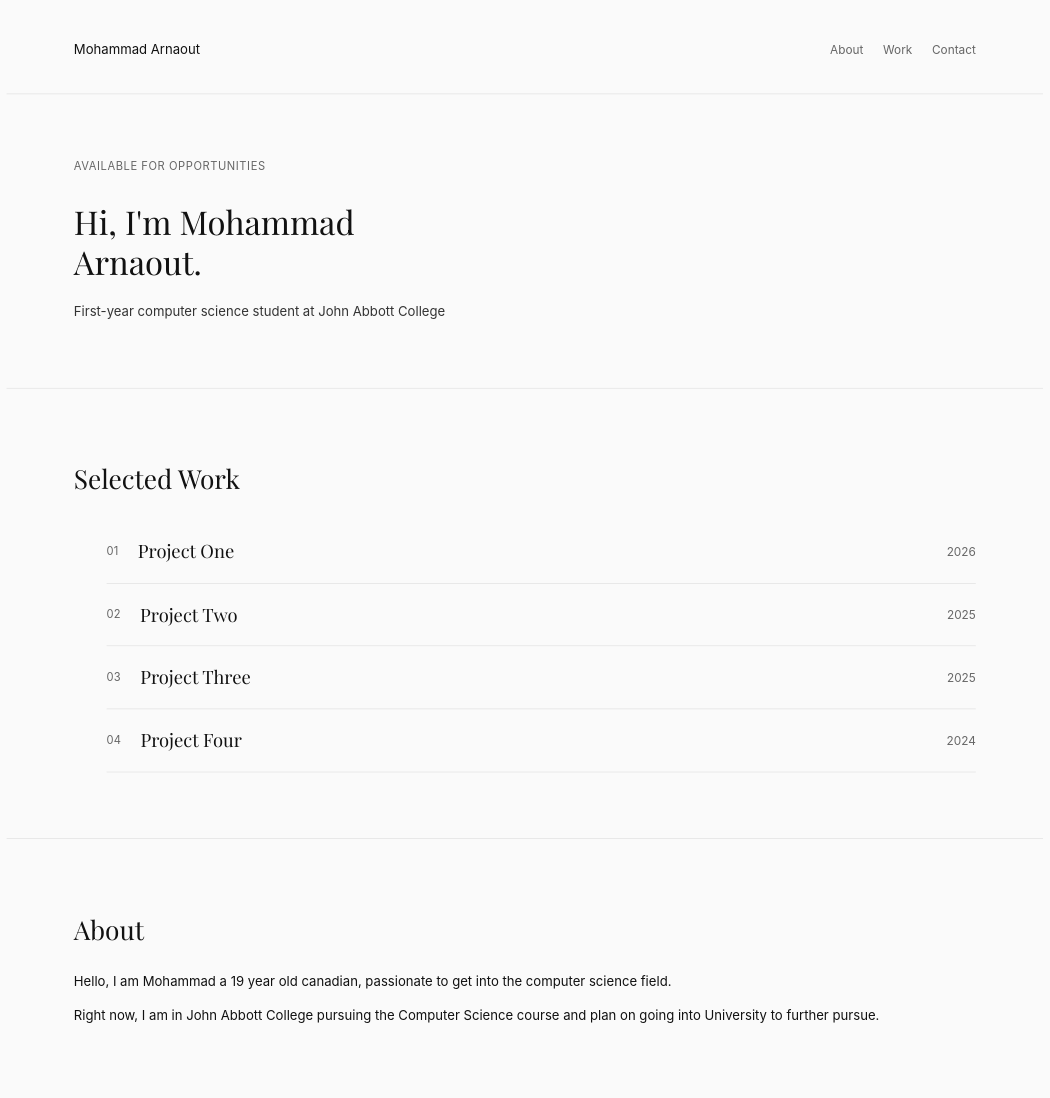
Repository: Moh-Arna/Moh-Arna
Page: index.html
An editor plug-in stored every save of this project. The page is shown before and after the next save, followed by the edit.
The browser window is 1280 px wide. The pictures show the whole page, at 82% of full size.
Some web fonts or font styles are not loaded; a fallback is used.

Above is the page before, as saved 2026-04-22 10:30:49.

After the next save:
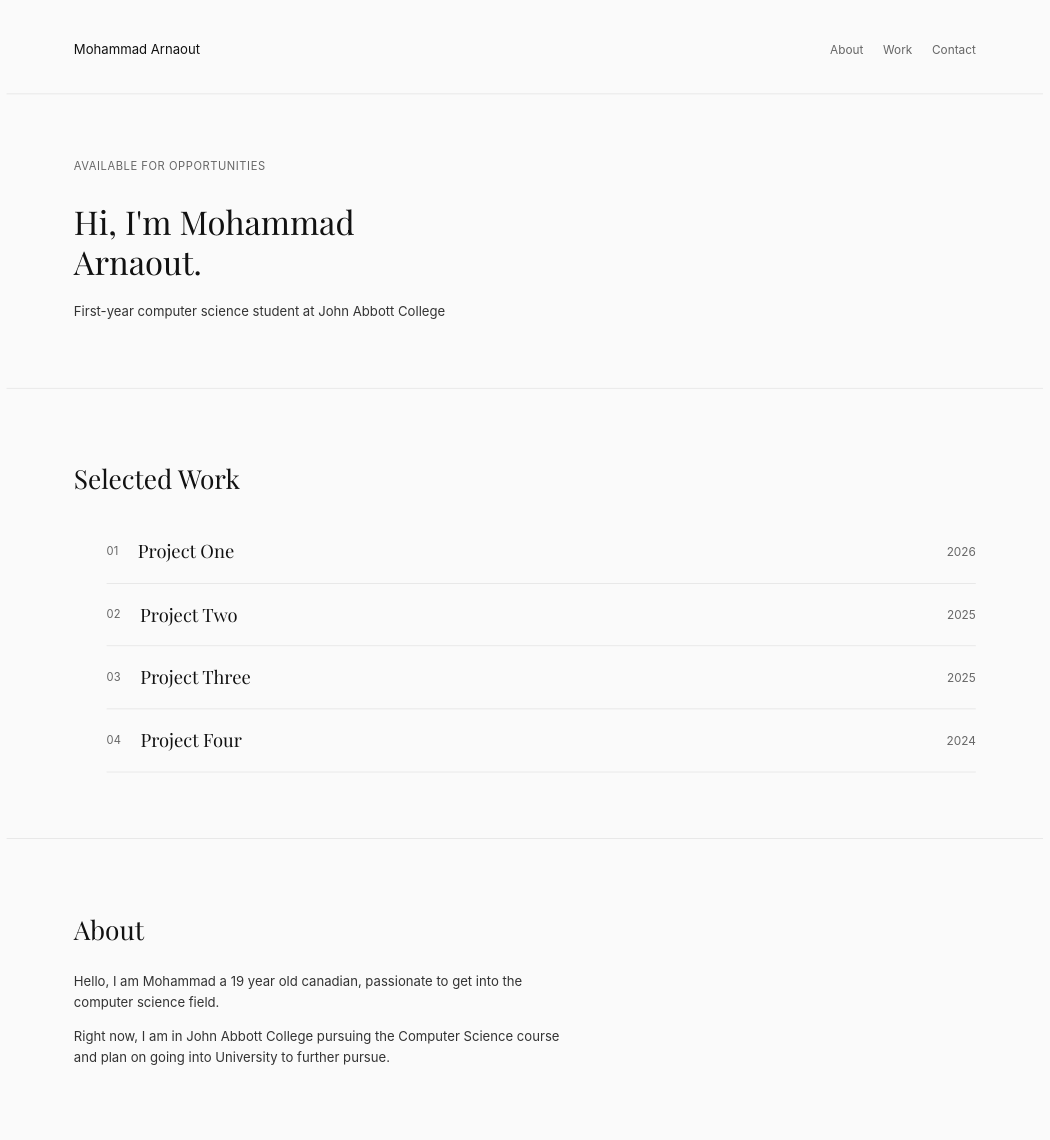
Saved 47 s later.
--- a/styles/index.css
+++ b/styles/index.css
@@ -93,3 +93,9 @@
     padding: 4rem 0;
     border-top: 1px solid var(--border);
 }
+
+.about p{
+    max-width: 60ch;
+    margin-bottom: 1rem;
+    color:#333;
+}
